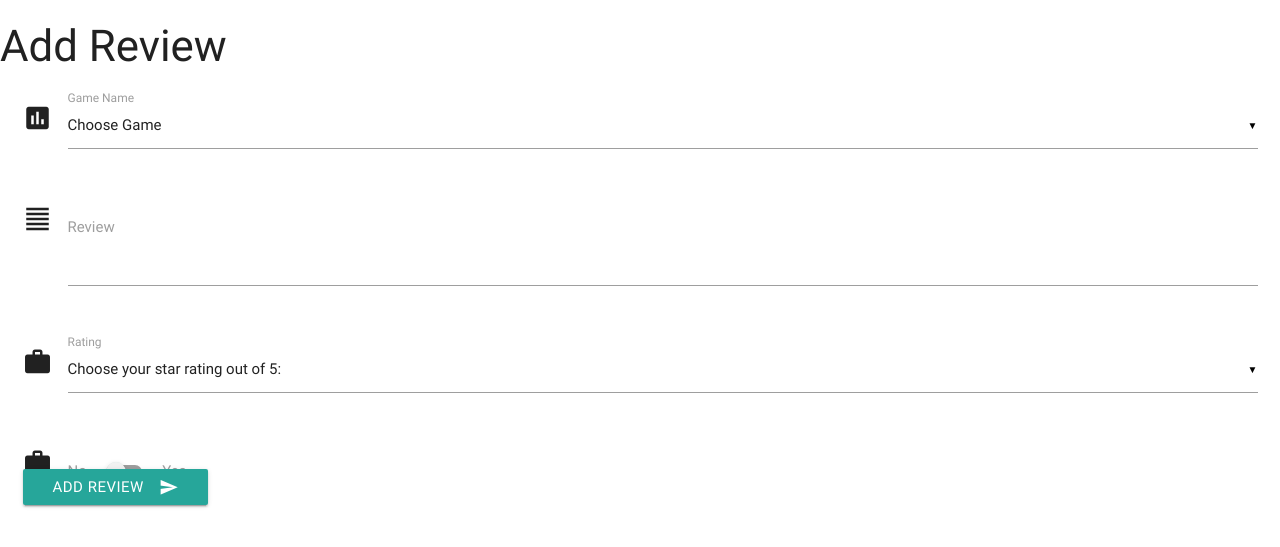
Repository: arcorco/dcd-milestone
Page: http://localhost/add_review
The author's editor kept a record of every edit. The page is drawn from the files as they stood at one moment, then again after the next edit.
The browser window is 1280 px wide. The pictures show the whole page.
Some web libraries are served in a nearby version. The page is served by the project's application, run on Flask 3 (app.py). Queries for data that is not in the repository find no rows.

Above is the page before.

After the next edit:
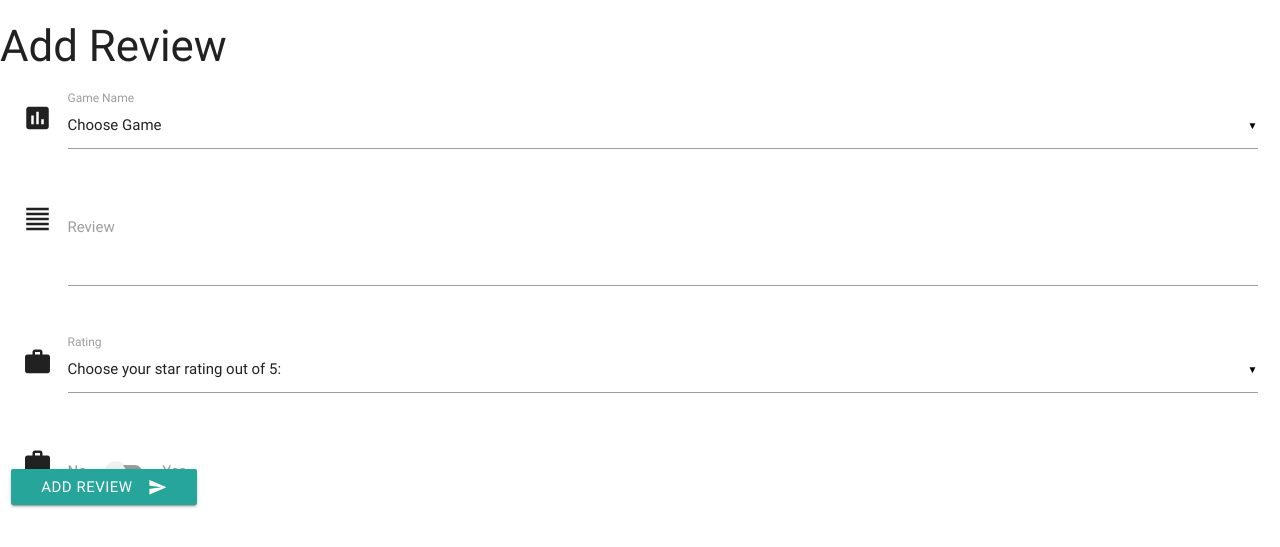
The edit:
--- a/templates/addreview.html
+++ b/templates/addreview.html
@@ -50,7 +50,6 @@
             </div>
         </div>
         <div class="row">
-            <div class="col s12">
                 <button class="btn waves-effect waves-light" type="submit">Add Review
     <i class="material-icons right">send</i>
   </button>
